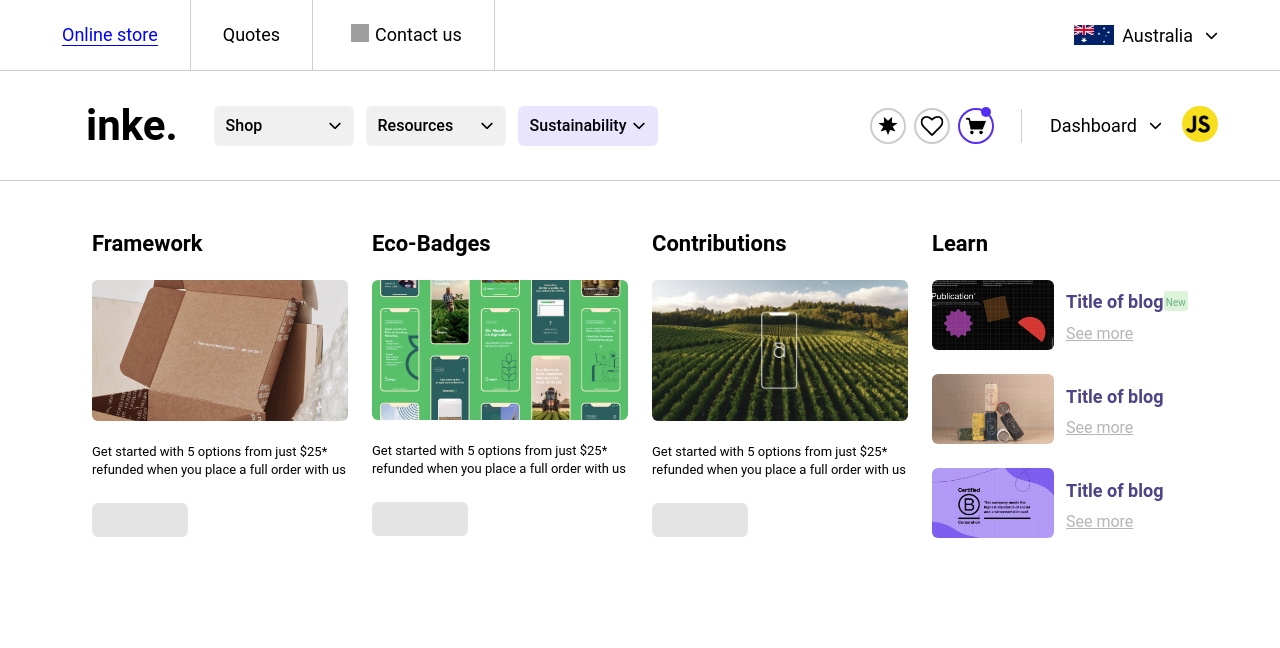
Repository: NguyenMinhKhanhB1909929/Practice_HTML-01
Page: index.html
An editor plug-in stored every save of this project. The page is shown before and after the next save, followed by the edit.
The browser window is 1280 px wide. The pictures show the whole page.
Pictures or frames that could not be fetched are drawn as grey boxes. Some web libraries are served in a nearby version.

Above is the page before, as saved 2022-04-07 21:25:25.

After the next save:
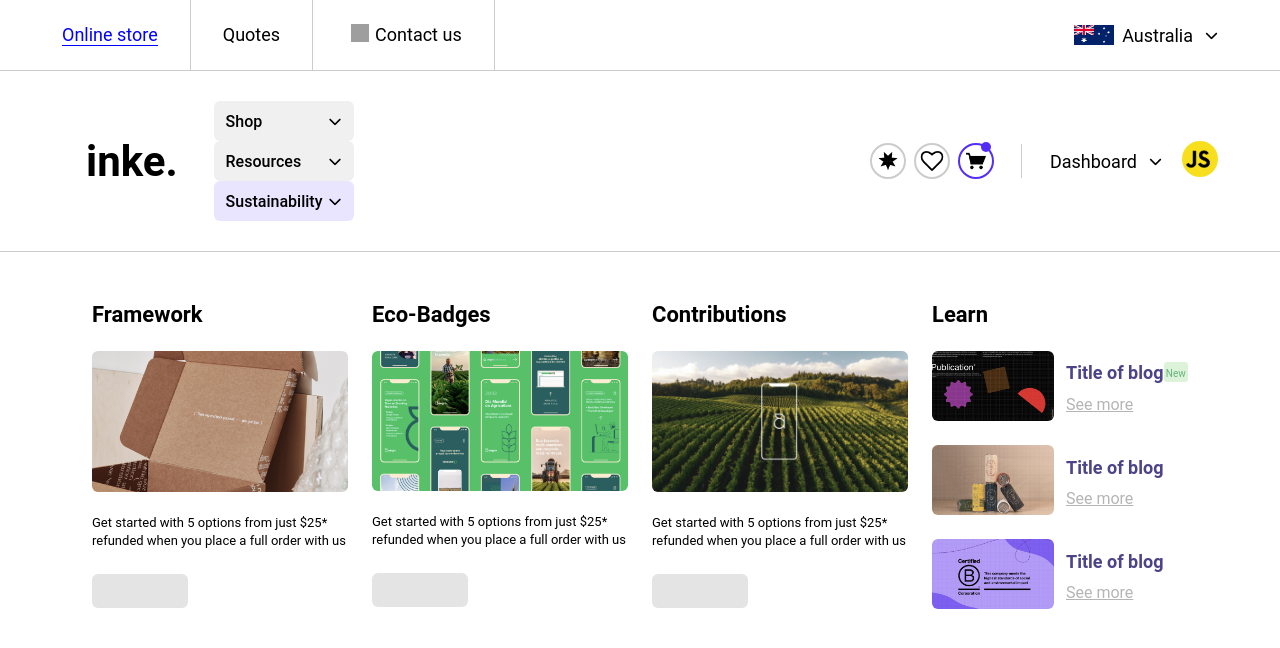
Saved 112 s later.
--- a/index.html
+++ b/index.html
@@ -56,23 +56,24 @@
             <a href="" class="nav__logo-link">inke.</a>
           </div>
 
-          <div class="nav__category-opt">
-            <p class="nav__category-opt-name">Shop</p>
-            <div class="nav__category-opt-icon">
-              <i class="fa-solid fa-chevron-down"></i>
-            </div>
-          </div>
-
-          <div class="nav__category-opt">
-            <p class="nav__category-opt-name">Resources</p>
-            <div class="nav__category-opt-icon">
-              <i class="fa-solid fa-chevron-down"></i>
-            </div>
-          </div>
-          <div class="nav__category-opt active-btn">
-            <p class="nav__category-opt-name">Sustainability</p>
-            <div class="nav__category-opt-icon">
-              <i class="fa-solid fa-chevron-down"></i>
+          <div class="nav__category-opt-group">
+            <div class="nav__category-opt">
+              <p class="nav__category-opt-name">Shop</p>
+              <div class="nav__category-opt-icon">
+                <i class="fa-solid fa-chevron-down"></i>
+              </div>
+            </div>
+            <div class="nav__category-opt">
+              <p class="nav__category-opt-name">Resources</p>
+              <div class="nav__category-opt-icon">
+                <i class="fa-solid fa-chevron-down"></i>
+              </div>
+            </div>
+            <div class="nav__category-opt active-btn">
+              <p class="nav__category-opt-name">Sustainability</p>
+              <div class="nav__category-opt-icon">
+                <i class="fa-solid fa-chevron-down"></i>
+              </div>
             </div>
           </div>
         </div>

After the save that followed:
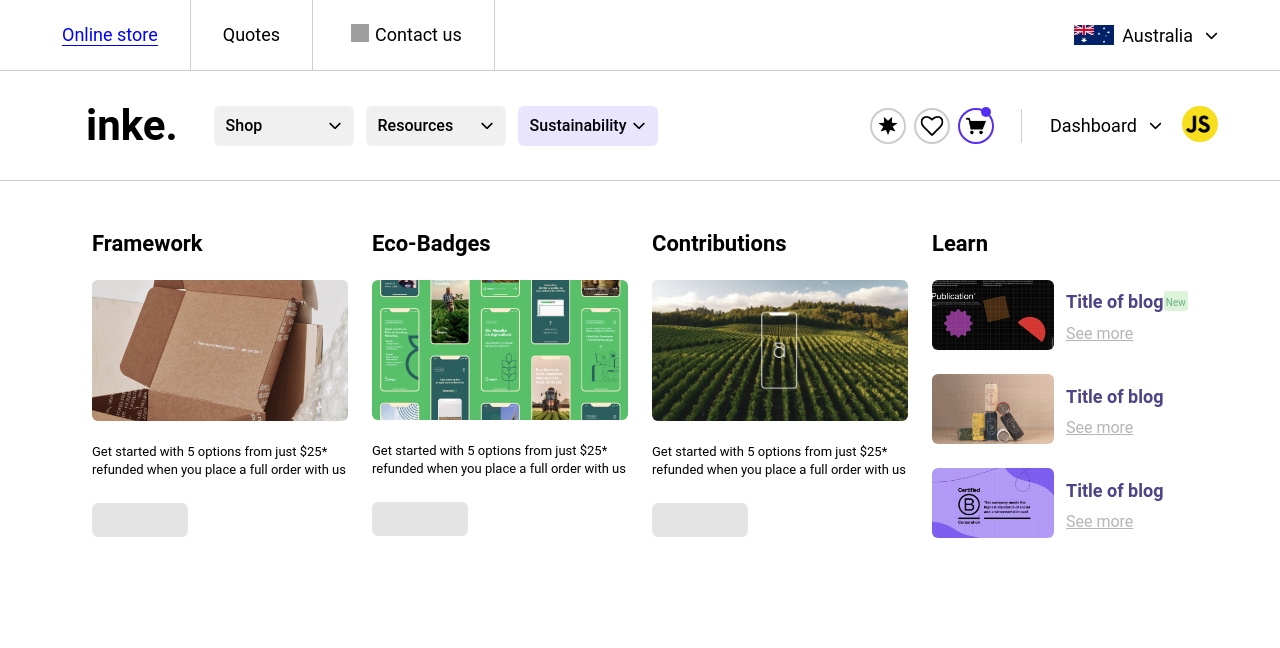
Saved 21 s later.
--- a/asset/style/style.css
+++ b/asset/style/style.css
@@ -150,7 +150,9 @@ a {
   font-size: 13px;
   margin: 0 12px;
 }
-
+.nav__category-opt-group {
+  display: flex;
+}
 .nav__category-opt {
   cursor: pointer;
   width: 140px;
